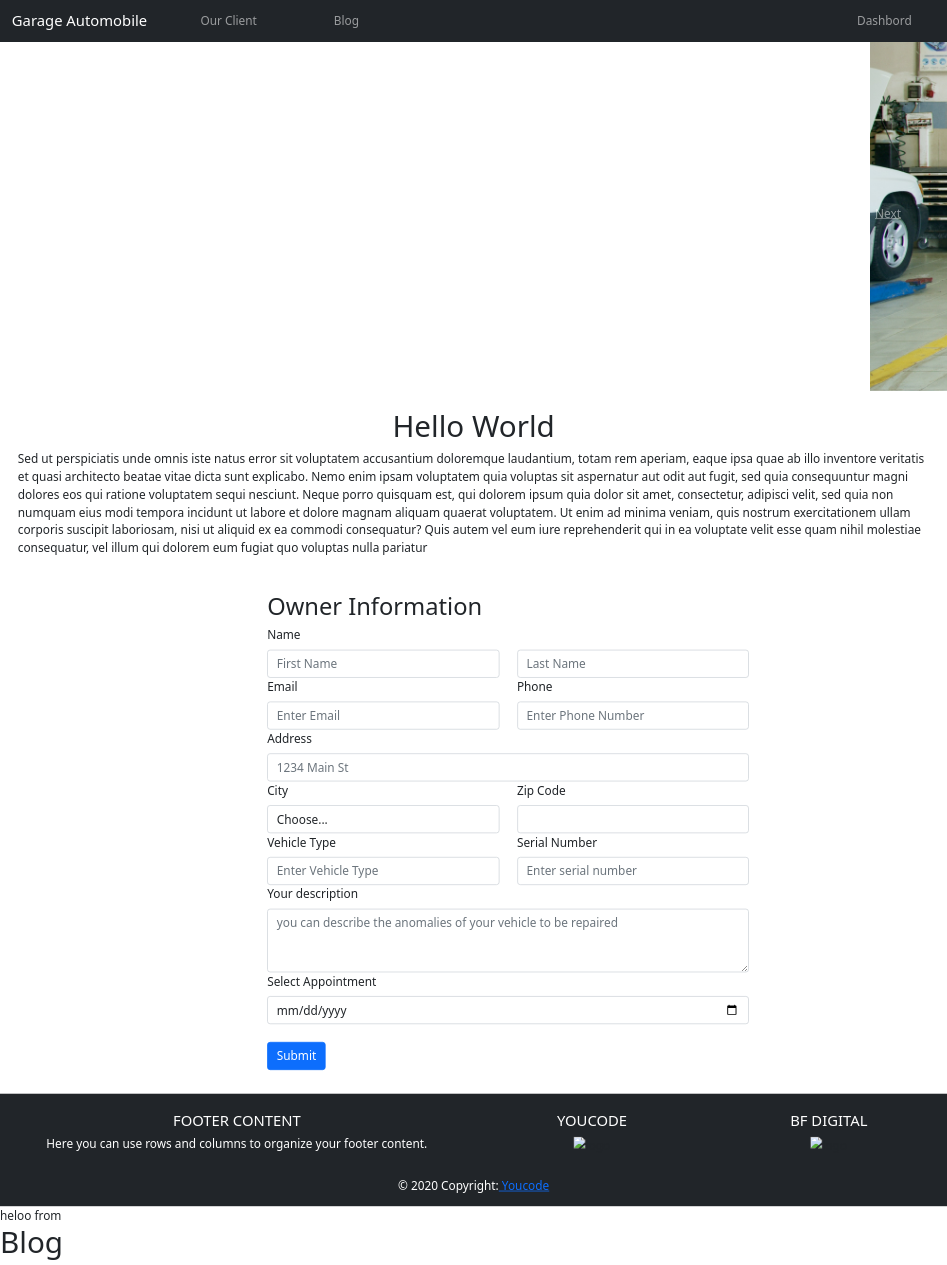
Repository: abdelhak-f/Fil-Rouge
Page: / (app in client/)
These files come from the project's save history. The page is drawn as it stood at one moment and after the next save; the edit follows.
The browser window is 1280 px wide. The pictures show the whole page, at 74% of full size.
The project was rebuilt for these pictures with package versions that can differ from the ones it lists, and the page was loaded fresh each time.

Above is the page before, as saved 2021-09-06 13:32:26.

After the next save:
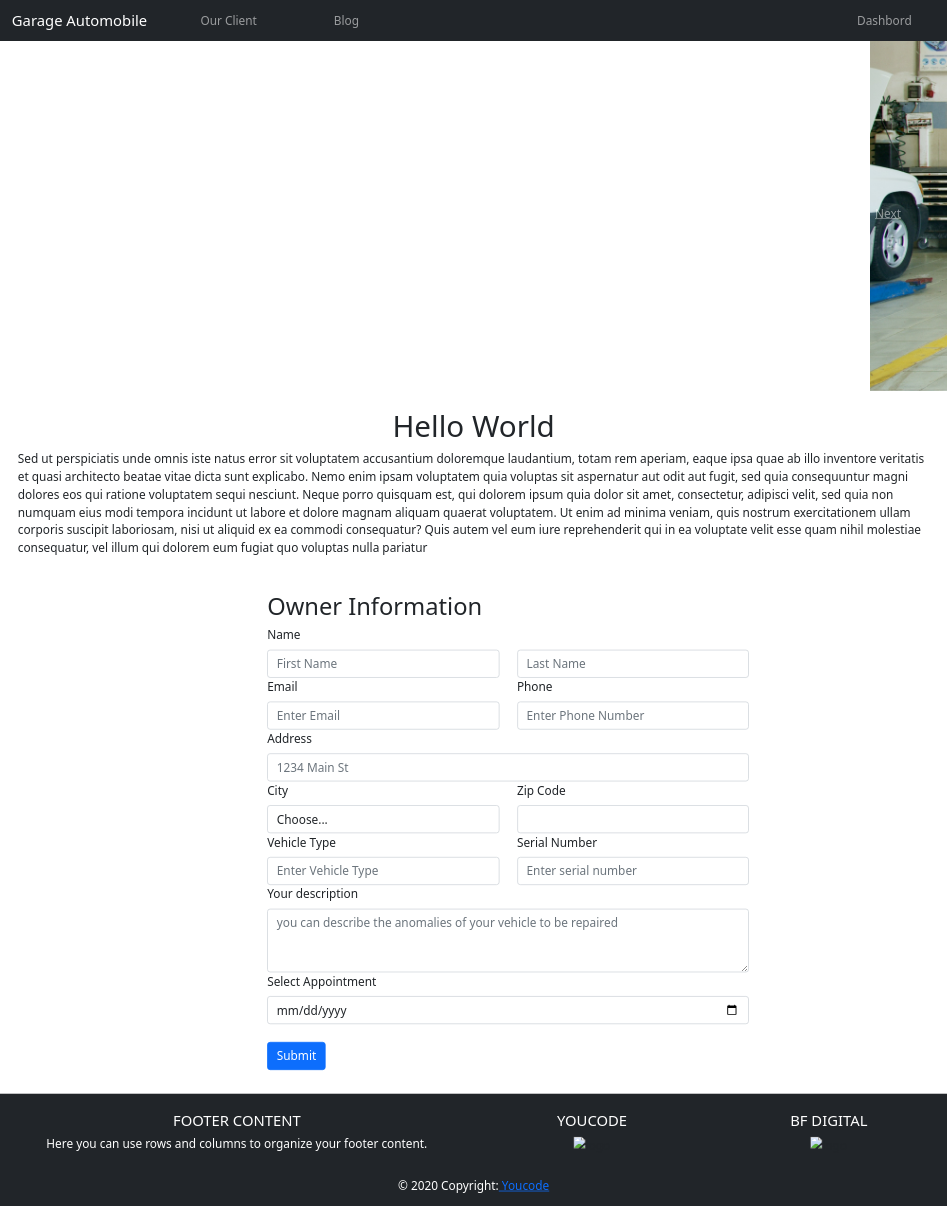
Saved 35 s later.
--- a/client/src/App.js
+++ b/client/src/App.js
@@ -23,7 +23,7 @@ function App() {
 
 
      <Switch>
-       <Route path="" component={Blog} />
+       <Route path="/blog" component={Blog} />
      </Switch>
    </Router>
 
